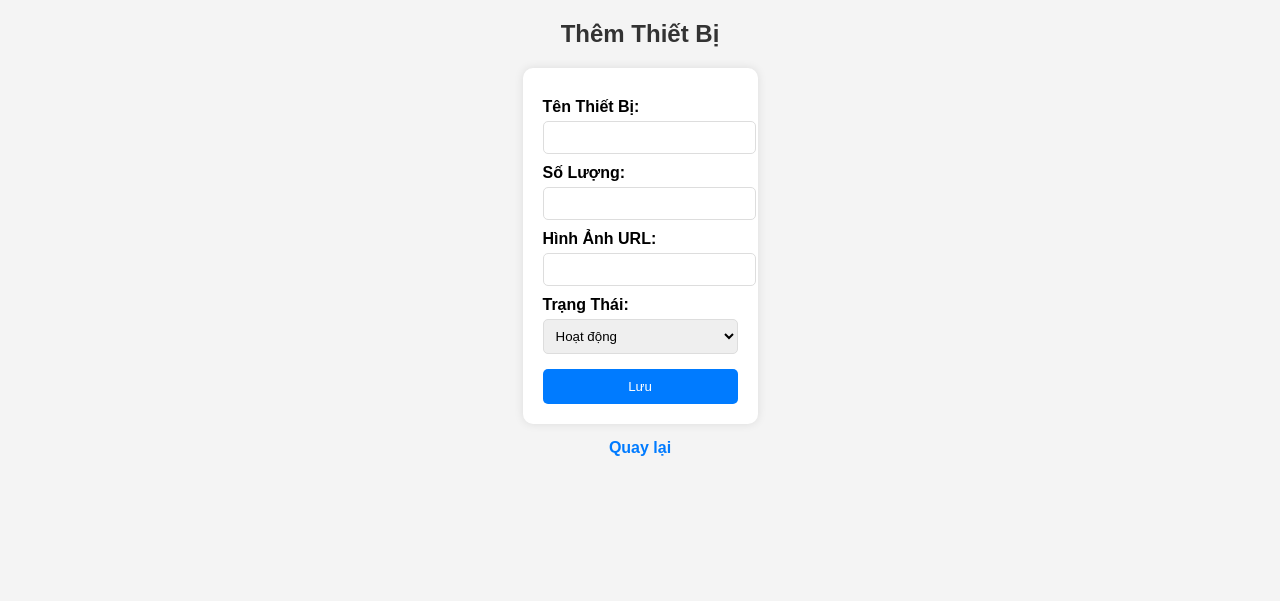
Repository: vuduckhoa/K22CNT2_VuDucKhoa_2210900032_project3
Page: http://localhost/K22CNT2_VuDucKhoa_2210900032_PRJ3/WEB-INF/views/thietbi/add.jsp
The author's editor kept a copy of each file at every save. The page is drawn from the files as they stood at one save, then again after the next save.
The browser window is 1280 px wide. The pictures show the whole page.
The page is served by Tomcat 9. Nobody is signed in. The template is opened directly, without the code that normally fills it, so the values that code supplies are empty.

Above is the page before, as saved 2025-03-04 02:07:42.

After the next save:
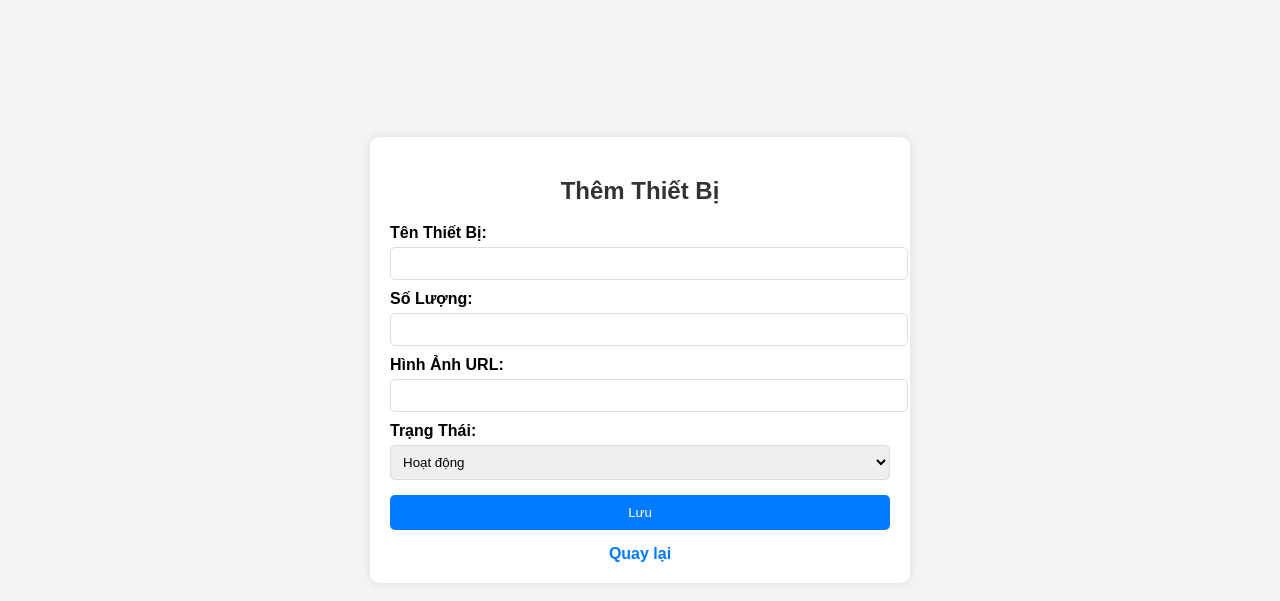
Saved 42 s later.
--- a/K22CNT2_VuDucKhoa_2210900032_PRJ3/src/main/webapp/WEB-INF/views/thietbi/add.jsp
+++ b/K22CNT2_VuDucKhoa_2210900032_PRJ3/src/main/webapp/WEB-INF/views/thietbi/add.jsp
@@ -7,18 +7,26 @@
         body {
             font-family: Arial, sans-serif;
             background-color: #f4f4f4;
-            margin: 20px;
+            margin: 0;
+            padding: 0;
+            display: flex;
+            justify-content: center;
+            align-items: center;
+            height: 100vh;
+        }
+        .container {
+            width: 100%;
+            max-width: 500px;
+            background: white;
+            padding: 20px;
+            border-radius: 10px;
+            box-shadow: 0 0 10px rgba(0, 0, 0, 0.1);
             text-align: center;
         }
         h2 {
             color: #333;
         }
         form {
-            background: white;
-            padding: 20px;
-            border-radius: 10px;
-            box-shadow: 0 0 10px rgba(0, 0, 0, 0.1);
-            display: inline-block;
             text-align: left;
         }
         label {
@@ -40,12 +48,13 @@
             padding: 10px;
             cursor: pointer;
             margin-top: 15px;
+            width: 100%;
         }
         input[type="submit"]:hover {
             background-color: #0056b3;
         }
         a {
-            display: inline-block;
+            display: block;
             margin-top: 15px;
             text-decoration: none;
             color: #007bff;
@@ -57,26 +66,27 @@
     </style>
 </head>
 <body>
-    <h2>Thêm Thiết Bị</h2>
-    <form action="save" method="post">
-        <label>Tên Thiết Bị:</label>
-        <input type="text" name="vdk_name" required>
+    <div class="container">
+        <h2>Thêm Thiết Bị</h2>
+        <form action="save" method="post">
+            <label>Tên Thiết Bị:</label>
+            <input type="text" name="vdk_name" required>
 
-        <label>Số Lượng:</label>
-        <input type="number" name="vdk_soluong" required>
+            <label>Số Lượng:</label>
+            <input type="number" name="vdk_soluong" required>
 
-        <label>Hình Ảnh URL:</label>
-        <input type="text" name="vdk_hinhanh">
+            <label>Hình Ảnh URL:</label>
+            <input type="text" name="vdk_hinhanh">
 
-        <label>Trạng Thái:</label>
-        <select name="vdk_trangthai">
-            <option value="true">Hoạt động</option>
-            <option value="false">Không hoạt động</option>
-        </select>
+            <label>Trạng Thái:</label>
+            <select name="vdk_trangthai">
+                <option value="true">Hoạt động</option>
+                <option value="false">Không hoạt động</option>
+            </select>
 
-        <input type="submit" value="Lưu">
-    </form>
-    <br>
-    <a href="list">Quay lại</a>
+            <input type="submit" value="Lưu">
+        </form>
+        <a href="list">Quay lại</a>
+    </div>
 </body>
 </html>
